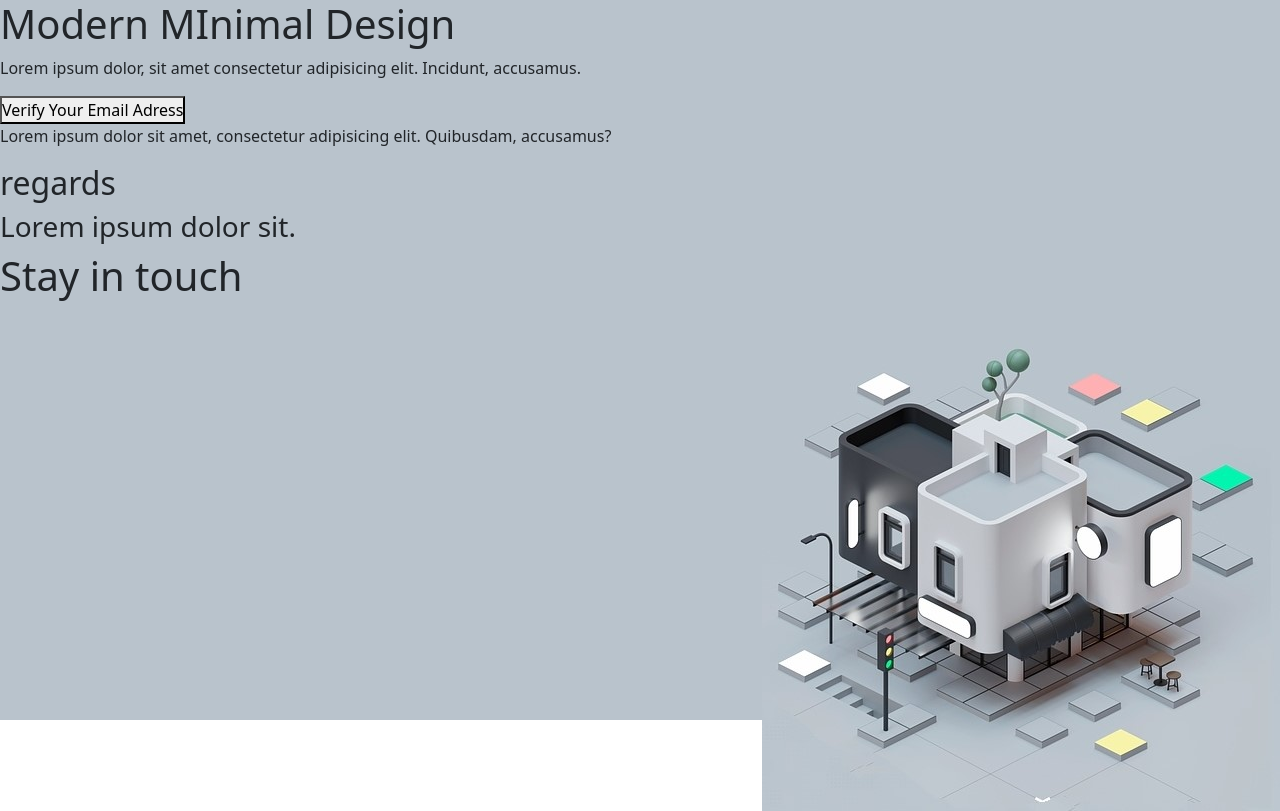
Repository: Aayush919/taskui
Page: index.html
These files come from the project's save history. The page is drawn as it stood at one moment and after a run of saves; the edit follows.
The browser window is 1280 px wide. The pictures show the whole page.

Above is the page before, as saved 2024-01-12 12:29:45.

After the next 5 saves:
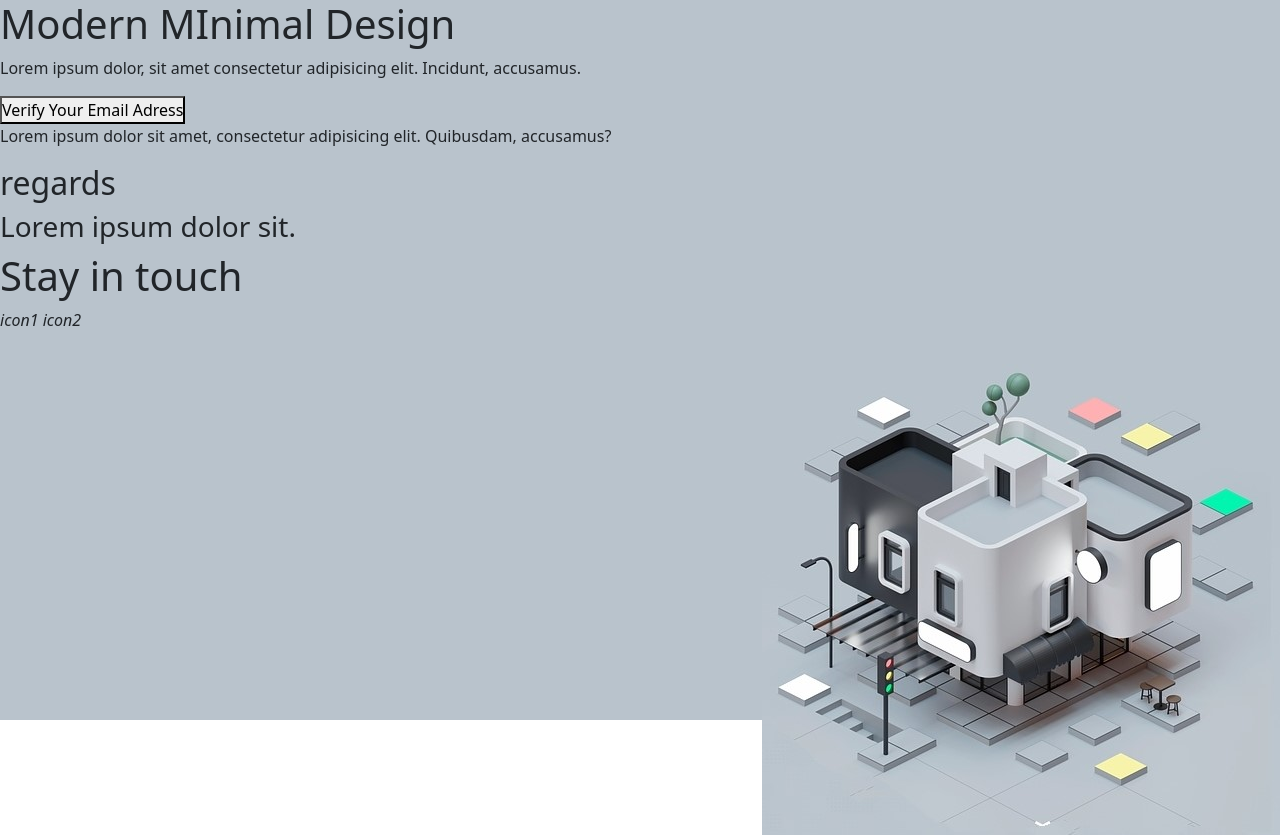
The 5 saves are shown as one change because they came seconds apart.
The last was saved 15 s later.
--- a/index.html
+++ b/index.html
@@ -26,6 +26,10 @@
           </div>
           <div class="bottom">
             <h1>Stay in touch</h1>
+             <div class="icons">
+                <i>icon1</i>
+                <i>icon2</i>
+             </div>
           </div>
         </div>
         <div class="left">
